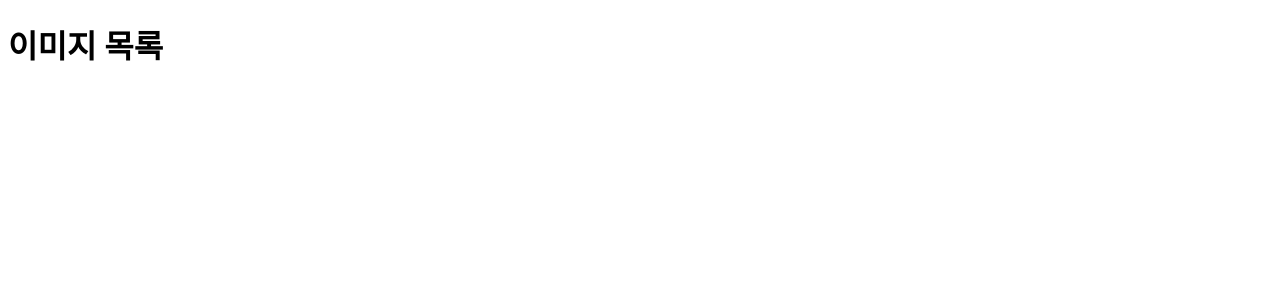
Repository: ExiNni/Travel-Project
Page: http://localhost/image/imageList.jsp
An editor plug-in stored every save of this project. The page is shown before and after the next save, followed by the edit.
The browser window is 1280 px wide. The pictures show the whole page.
The page is served by Tomcat 9. Other server files are loaded and not shown.

Above is the page before, as saved 2023-11-10 01:26:23.

### image/src/main/webapp/imageList.jsp
<%@ page language="java" contentType="text/html; charset=EUC-KR"
    pageEncoding="EUC-KR"%>
<!DOCTYPE html>
<html>
<head>
<meta charset="EUC-KR">
<title>이미지 목록</title>
</head>
<body>
	<h1>이미지 목록</h1>
</body>
</html>

After the next save:
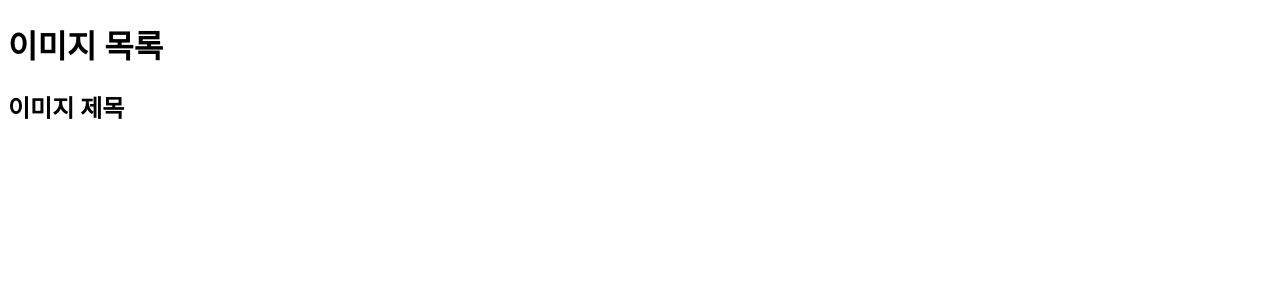
Saved 97 s later.
--- a/image/src/main/webapp/imageList.jsp
+++ b/image/src/main/webapp/imageList.jsp
@@ -8,5 +8,7 @@
 </head>
 <body>
 	<h1>이미지 목록</h1>
+	<h2>이미지 제목</h2>
+	<img alt="" src="">
 </body>
 </html>
